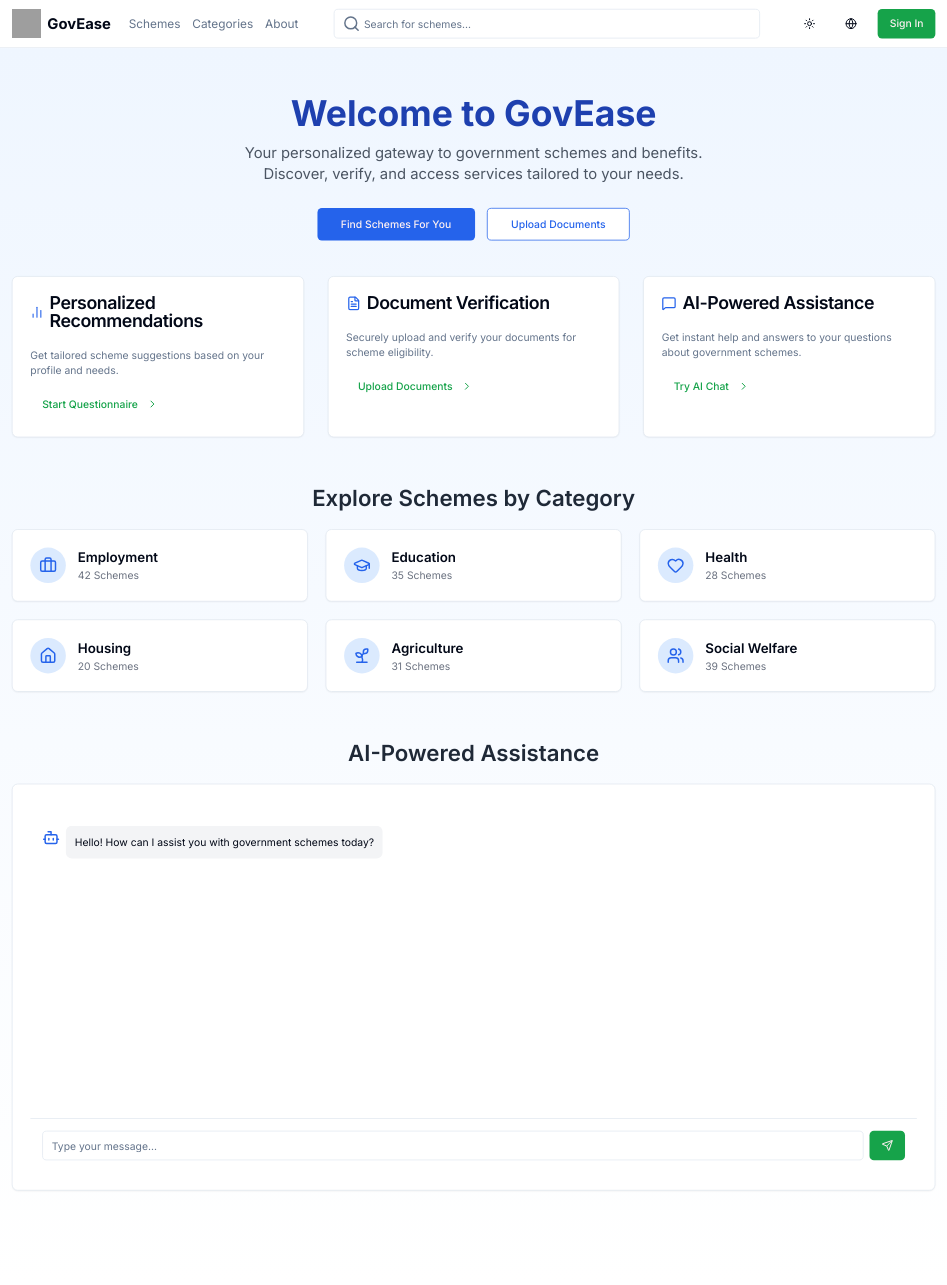
Repository: Aniket7545/GovEase
Page: /
An editor plug-in stored every save of this project. The page is shown before and after the next save, followed by the edit.
The browser window is 1280 px wide. The pictures show the whole page, at 74% of full size.
Pictures or frames that could not be fetched are drawn as grey boxes. The project was rebuilt for these pictures with package versions that can differ from the ones it lists, and the page was loaded fresh each time. The framework's server and built-in components were replaced by stand-ins that run in the browser. Also part of the build but not shown: next.config.ts.

Above is the page before, as saved 2025-01-12 00:23:02.

### app/layout.tsx
import './globals.css'
import { Inter } from 'next/font/google'
import { ThemeProvider } from './component/theme-provider'
import Header from './component/Header'


const inter = Inter({ subsets: ['latin'] })

export const metadata = {
  title: 'GovEase - Your Gateway to Government Schemes',
  description: 'Discover and apply for government schemes with AI-powered assistance',
}

export default function RootLayout({
  children,
}: {
  children: React.ReactNode
}) {
  return (
    <html lang="en" suppressHydrationWarning>
      <body className={inter.className}>
        <ThemeProvider
          attribute="class"
          defaultTheme="system"
          enableSystem
          disableTransitionOnChange
        >
          <Header />
          {children}
        </ThemeProvider>
      </body>
    </html>
  )
}

### app/globals.css
@tailwind base;
@tailwind components;
@tailwind utilities;

@layer base {
  :root {
    --background: 0 0% 100%;
    --foreground: 222.2 84% 4.9%;

    --card: 0 0% 100%;
    --card-foreground: 222.2 84% 4.9%;

    --popover: 0 0% 100%;
    --popover-foreground: 222.2 84% 4.9%;

    --primary: 142.1 76.2% 36.3%;
    --primary-foreground: 355.7 100% 97.3%;

    --secondary: 142.1 76.2% 96.3%;
    --secondary-foreground: 142.1 76.2% 36.3%;

    --muted: 210 40% 96.1%;
    --muted-foreground: 215.4 16.3% 46.9%;

    --accent: 142.1 76.2% 96.3%;
    --accent-foreground: 142.1 76.2% 36.3%;

    --destructive: 0 84.2% 60.2%;
    --destructive-foreground: 210 40% 98%;

    --border: 214.3 31.8% 91.4%;
    --input: 214.3 31.8% 91.4%;
    --ring: 142.1 76.2% 36.3%;

    --radius: 0.5rem;
  }

  .dark {
    --background: 222.2 84% 4.9%;
    --foreground: 210 40% 98%;

    --card: 222.2 84% 4.9%;
    --card-foreground: 210 40% 98%;

    --popover: 222.2 84% 4.9%;
    --popover-foreground: 210 40% 98%;

    --primary: 142.1 76.2% 36.3%;
    --primary-foreground: 355.7 100% 97.3%;

    --secondary: 217.2 32.6% 17.5%;
    --secondary-foreground: 210 40% 98%;

    --muted: 217.2 32.6% 17.5%;
    --muted-foreground: 215 20.2% 65.1%;

    --accent: 217.2 32.6% 17.5%;
    --accent-foreground: 210 40% 98%;

    --destructive: 0 62.8% 30.6%;
    --destructive-foreground: 210 40% 98%;

    --border: 217.2 32.6% 17.5%;
    --input: 217.2 32.6% 17.5%;
    --ring: 142.1 76.2% 36.3%;
  }
}

@layer base {
  * {
    @apply border-border;
  }
  body {
    @apply bg-background text-foreground;
  }
}

### app/component/theme-provider.tsx
'use client'

import * as React from 'react'
import { ThemeProvider as NextThemesProvider } from 'next-themes'
import { type ThemeProviderProps } from 'next-themes'

export function ThemeProvider({ children, ...props }: ThemeProviderProps) {
  return <NextThemesProvider {...props}>{children}</NextThemesProvider>
}

### app/component/Header.tsx
'use client'

import { useState } from 'react'
import Link from 'next/link'
import Image from 'next/image'
import { Button } from '@/components/ui/button'
import { Input } from '@/components/ui/input'
import { Search, Moon, Sun, Globe } from 'lucide-react'
import { useTheme } from 'next-themes'

export default function Header() {
  const [searchQuery, setSearchQuery] = useState('')
  const { theme, setTheme } = useTheme()

  return (
    <header className="border-b bg-background">
      <div className="container mx-auto px-4 py-3">
        <div className="flex items-center justify-between">
          <div className="flex items-center space-x-6">
            <Link href="/" className="flex items-center space-x-2">
              <Image
                src="/placeholder.svg?height=40&width=40"
                alt="GovEase Logo"
                width={40}
                height={40}
                className="h-10 w-10"
              />
              <span className="text-xl font-bold">GovEase</span>
            </Link>
            <div className="hidden md:flex items-center space-x-4">
              <Link href="/schemes" className="text-muted-foreground hover:text-primary">
                Schemes
              </Link>
              <Link href="/categories" className="text-muted-foreground hover:text-primary">
                Categories
              </Link>
              <Link href="/about" className="text-muted-foreground hover:text-primary">
                About
              </Link>
            </div>
          </div>

          <div className="flex-1 max-w-xl mx-4">
            <div className="relative">
              <Search className="absolute left-3 top-1/2 transform -translate-y-1/2 text-muted-foreground" />
              <Input
                type="search"
                placeholder="Search for schemes..."
                className="w-full pl-10 pr-4"
                value={searchQuery}
                onChange={(e) => setSearchQuery(e.target.value)}
              />
            </div>
          </div>

          <div className="flex items-center space-x-4">
            <Button
              variant="ghost"
              size="icon"
              onClick={() => setTheme(theme === 'dark' ? 'light' : 'dark')}
            >
              <Sun className="h-5 w-5 rotate-0 scale-100 transition-all dark:-rotate-90 dark:scale-0" />
              <Moon className="absolute h-5 w-5 rotate-90 scale-0 transition-all dark:rotate-0 dark:scale-100" />
              <span className="sr-only">Toggle theme</span>
            </Button>
            <Button variant="ghost" size="icon">
              <Globe className="h-5 w-5" />
              <span className="sr-only">Change language</span>
            </Button>
            <Button asChild>
              <Link href="/login">Sign In</Link>
            </Button>
          </div>
        </div>
      </div>
    </header>
  )
}

### components/ui/button.tsx
import * as React from "react"
import { Slot } from "@radix-ui/react-slot"
import { cva, type VariantProps } from "class-variance-authority"

import { cn } from "@/lib/utils"

const buttonVariants = cva(
  "inline-flex items-center justify-center gap-2 whitespace-nowrap rounded-md text-sm font-medium ring-offset-background transition-colors focus-visible:outline-none focus-visible:ring-2 focus-visible:ring-ring focus-visible:ring-offset-2 disabled:pointer-events-none disabled:opacity-50 [&_svg]:pointer-events-none [&_svg]:size-4 [&_svg]:shrink-0",
  {
    variants: {
      variant: {
        default: "bg-primary text-primary-foreground hover:bg-primary/90",
        destructive:
          "bg-destructive text-destructive-foreground hover:bg-destructive/90",
        outline:
          "border border-input bg-background hover:bg-accent hover:text-accent-foreground",
        secondary:
          "bg-secondary text-secondary-foreground hover:bg-secondary/80",
        ghost: "hover:bg-accent hover:text-accent-foreground",
        link: "text-primary underline-offset-4 hover:underline",
      },
      size: {
        default: "h-10 px-4 py-2",
        sm: "h-9 rounded-md px-3",
        lg: "h-11 rounded-md px-8",
        icon: "h-10 w-10",
      },
    },
    defaultVariants: {
      variant: "default",
      size: "default",
    },
  }
)

export interface ButtonProps
  extends React.ButtonHTMLAttributes<HTMLButtonElement>,
    VariantProps<typeof buttonVariants> {
  asChild?: boolean
}

const Button = React.forwardRef<HTMLButtonElement, ButtonProps>(
  ({ className, variant, size, asChild = false, ...props }, ref) => {
    const Comp = asChild ? Slot : "button"
    return (
      <Comp
        className={cn(buttonVariants({ variant, size, className }))}
        ref={ref}
        {...props}
      />
    )
  }
)
Button.displayName = "Button"

export { Button, buttonVariants }

### components/ui/card.tsx
import * as React from "react"

import { cn } from "@/lib/utils"

const Card = React.forwardRef<
  HTMLDivElement,
  React.HTMLAttributes<HTMLDivElement>
>(({ className, ...props }, ref) => (
  <div
    ref={ref}
    className={cn(
      "rounded-lg border bg-card text-card-foreground shadow-sm",
      className
    )}
    {...props}
  />
))
Card.displayName = "Card"

const CardHeader = React.forwardRef<
  HTMLDivElement,
  React.HTMLAttributes<HTMLDivElement>
>(({ className, ...props }, ref) => (
  <div
    ref={ref}
    className={cn("flex flex-col space-y-1.5 p-6", className)}
    {...props}
  />
))
CardHeader.displayName = "CardHeader"

const CardTitle = React.forwardRef<
  HTMLDivElement,
  React.HTMLAttributes<HTMLDivElement>
>(({ className, ...props }, ref) => (
  <div
    ref={ref}
    className={cn(
      "text-2xl font-semibold leading-none tracking-tight",
      className
    )}
    {...props}
  />
))
CardTitle.displayName = "CardTitle"

const CardDescription = React.forwardRef<
  HTMLDivElement,
  React.HTMLAttributes<HTMLDivElement>
>(({ className, ...props }, ref) => (
  <div
    ref={ref}
    className={cn("text-sm text-muted-foreground", className)}
    {...props}
  />
))
CardDescription.displayName = "CardDescription"

const CardContent = React.forwardRef<
  HTMLDivElement,
  React.HTMLAttributes<HTMLDivElement>
>(({ className, ...props }, ref) => (
  <div ref={ref} className={cn("p-6 pt-0", className)} {...props} />
))
CardContent.displayName = "CardContent"

const CardFooter = React.forwardRef<
  HTMLDivElement,
  React.HTMLAttributes<HTMLDivElement>
>(({ className, ...props }, ref) => (
  <div
    ref={ref}
    className={cn("flex items-center p-6 pt-0", className)}
    {...props}
  />
))
CardFooter.displayName = "CardFooter"

export { Card, CardHeader, CardFooter, CardTitle, CardDescription, CardContent }

### app/component/SchemeCategories.tsx
import Link from 'next/link'
import { Card, CardContent } from '@/components/ui/card'
import { Briefcase, GraduationCap, Heart, Home, Sprout, Users } from 'lucide-react'

const categories = [
  { icon: Briefcase, name: 'Employment', count: 42 },
  { icon: GraduationCap, name: 'Education', count: 35 },
  { icon: Heart, name: 'Health', count: 28 },
  { icon: Home, name: 'Housing', count: 20 },
  { icon: Sprout, name: 'Agriculture', count: 31 },
  { icon: Users, name: 'Social Welfare', count: 39 },
]

export default function SchemeCategories() {
  return (
    <div className="grid grid-cols-1 md:grid-cols-2 lg:grid-cols-3 gap-6">
      {categories.map((category, index) => {
        const Icon = category.icon
        return (
          <Link key={index} href={`/categories/${category.name.toLowerCase()}`}>
            <Card className="hover:shadow-lg transition-shadow cursor-pointer">
              <CardContent className="p-6">
                <div className="flex items-center space-x-4">
                  <div className="bg-blue-100 dark:bg-blue-900 p-3 rounded-full">
                    <Icon className="h-6 w-6 text-blue-600 dark:text-blue-300" />
                  </div>
                  <div>
                    <h3 className="font-semibold text-lg">{category.name}</h3>
                    <p className="text-sm text-gray-500 dark:text-gray-400">
                      {category.count} Schemes
                    </p>
                  </div>
                </div>
              </CardContent>
            </Card>
          </Link>
        )
      })}
    </div>
  )
}

### app/component/AIChat.tsx
'use client'

import { useState } from 'react'
import { Button } from '@/components/ui/button'
import { Input } from '@/components/ui/input'
import { ScrollArea } from '@/components/ui/scroll-area'
import { Bot, Send, User } from 'lucide-react'

interface Message {
  role: 'user' | 'assistant'
  content: string
}

export default function AIChat() {
  const [messages, setMessages] = useState<Message[]>([
    { role: 'assistant', content: 'Hello! How can I assist you with government schemes today?' }
  ])
  const [input, setInput] = useState('')
  const [isLoading, setIsLoading] = useState(false)

  const handleSubmit = async (e: React.FormEvent) => {
    e.preventDefault()
    if (!input.trim() || isLoading) return

    const userMessage = { role: 'user' as const, content: input }
    setMessages(prev => [...prev, userMessage])
    setInput('')
    setIsLoading(true)

    try {
      const response = await fetch('/api/chat', {
        method: 'POST',
        headers: { 'Content-Type': 'application/json' },
        body: JSON.stringify({ message: input }),
      })

      if (!response.ok) throw new Error('Failed to get response')

      const data = await response.json()
      setMessages(prev => [...prev, { role: 'assistant', content: data.message }])
    } catch (error) {
      console.error('Chat error:', error)
      setMessages(prev => [...prev, { role: 'assistant', content: 'I apologize, but I encountered an error. Please try again.' }])
    } finally {
      setIsLoading(false)
    }
  }

  return (
    <div className="flex flex-col h-[500px]">
      <ScrollArea className="flex-1 p-4 space-y-4">
        {messages.map((message, index) => (
          <div
            key={index}
            className={`flex items-start space-x-2 ${
              message.role === 'assistant' ? 'justify-start' : 'justify-end'
            }`}
          >
            {message.role === 'assistant' && (
              <Bot className="w-6 h-6 mt-1 text-blue-600" />
            )}
            <div className={`p-3 rounded-lg ${
              message.role === 'user' ? 'bg-blue-600 text-white' : 'bg-gray-100 dark:bg-gray-800'
            }`}>
              <p className="text-sm">{message.content}</p>
            </div>
            {message.role === 'user' && (
              <User className="w-6 h-6 mt-1" />
            )}
          </div>
        ))}
      </ScrollArea>
      <form onSubmit={handleSubmit} className="p-4 border-t">
        <div className="flex space-x-2">
          <Input
            value={input}
            onChange={(e) => setInput(e.target.value)}
            placeholder="Type your message..."
            disabled={isLoading}
          />
          <Button type="submit" disabled={isLoading}>
            <Send className="h-4 w-4" />
          </Button>
        </div>
      </form>
    </div>
  )
}

### app/component/AIChatTrigger.tsx
'use client'

import { Button } from '@/components/ui/button'
import { ChevronRight } from 'lucide-react'

export function AIChatTrigger() {
  const handleClick = () => {
    document.getElementById('ai-chat')?.scrollIntoView({ behavior: 'smooth' })
  }

  return (
    <Button variant="link" onClick={handleClick} className="mt-4">
      Try AI Chat <ChevronRight className="ml-1 h-4 w-4" />
    </Button>
  )
}

### components/ui/input.tsx
import * as React from "react"

import { cn } from "@/lib/utils"

const Input = React.forwardRef<HTMLInputElement, React.ComponentProps<"input">>(
  ({ className, type, ...props }, ref) => {
    return (
      <input
        type={type}
        className={cn(
          "flex h-10 w-full rounded-md border border-input bg-background px-3 py-2 text-base ring-offset-background file:border-0 file:bg-transparent file:text-sm file:font-medium file:text-foreground placeholder:text-muted-foreground focus-visible:outline-none focus-visible:ring-2 focus-visible:ring-ring focus-visible:ring-offset-2 disabled:cursor-not-allowed disabled:opacity-50 md:text-sm",
          className
        )}
        ref={ref}
        {...props}
      />
    )
  }
)
Input.displayName = "Input"

export { Input }

### components/ui/scroll-area.tsx
"use client"

import * as React from "react"
import * as ScrollAreaPrimitive from "@radix-ui/react-scroll-area"

import { cn } from "@/lib/utils"

const ScrollArea = React.forwardRef<
  React.ElementRef<typeof ScrollAreaPrimitive.Root>,
  React.ComponentPropsWithoutRef<typeof ScrollAreaPrimitive.Root>
>(({ className, children, ...props }, ref) => (
  <ScrollAreaPrimitive.Root
    ref={ref}
    className={cn("relative overflow-hidden", className)}
    {...props}
  >
    <ScrollAreaPrimitive.Viewport className="h-full w-full rounded-[inherit]">
      {children}
    </ScrollAreaPrimitive.Viewport>
    <ScrollBar />
    <ScrollAreaPrimitive.Corner />
  </ScrollAreaPrimitive.Root>
))
ScrollArea.displayName = ScrollAreaPrimitive.Root.displayName

const ScrollBar = React.forwardRef<
  React.ElementRef<typeof ScrollAreaPrimitive.ScrollAreaScrollbar>,
  React.ComponentPropsWithoutRef<typeof ScrollAreaPrimitive.ScrollAreaScrollbar>
>(({ className, orientation = "vertical", ...props }, ref) => (
  <ScrollAreaPrimitive.ScrollAreaScrollbar
    ref={ref}
    orientation={orientation}
    className={cn(
      "flex touch-none select-none transition-colors",
      orientation === "vertical" &&
        "h-full w-2.5 border-l border-l-transparent p-[1px]",
      orientation === "horizontal" &&
        "h-2.5 flex-col border-t border-t-transparent p-[1px]",
      className
    )}
    {...props}
  >
    <ScrollAreaPrimitive.ScrollAreaThumb className="relative flex-1 rounded-full bg-border" />
  </ScrollAreaPrimitive.ScrollAreaScrollbar>
))
ScrollBar.displayName = ScrollAreaPrimitive.ScrollAreaScrollbar.displayName

export { ScrollArea, ScrollBar }

Loaded but not shown: lib/utils.ts (common file); tailwind.config.ts (common file); app/page.tsx (100 lines, source omitted)

After the next save:
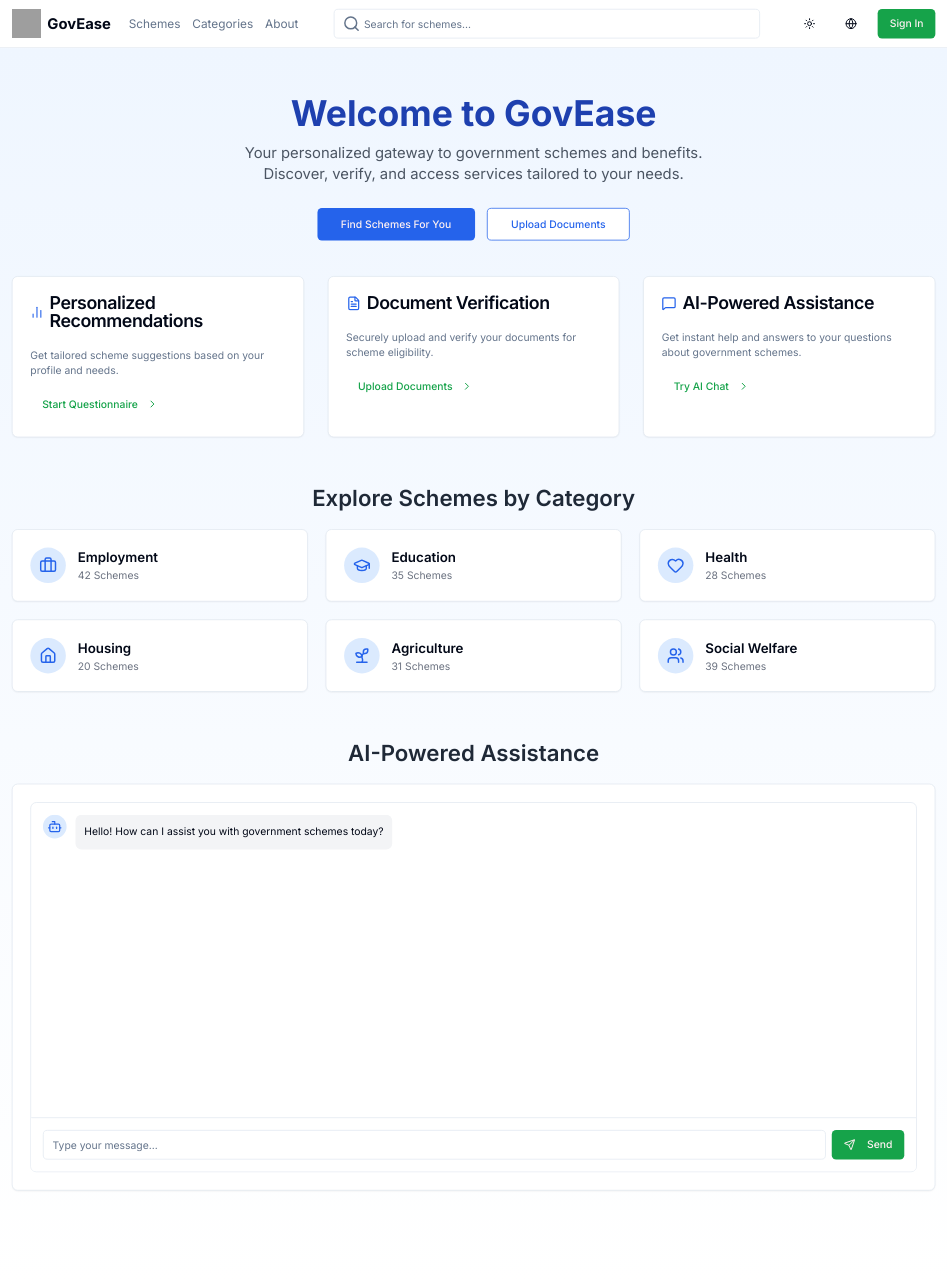
Saved 9 min 3 s later.
--- a/app/component/AIChat.tsx
+++ b/app/component/AIChat.tsx
@@ -1,6 +1,6 @@
 'use client'
 
-import { useState } from 'react'
+import { useState, useRef, useEffect } from 'react'
 import { Button } from '@/components/ui/button'
 import { Input } from '@/components/ui/input'
 import { ScrollArea } from '@/components/ui/scroll-area'
@@ -17,6 +17,13 @@ export default function AIChat() {
   ])
   const [input, setInput] = useState('')
   const [isLoading, setIsLoading] = useState(false)
+  const scrollAreaRef = useRef<HTMLDivElement>(null)
+
+  useEffect(() => {
+    if (scrollAreaRef.current) {
+      scrollAreaRef.current.scrollTop = scrollAreaRef.current.scrollHeight
+    }
+  }, [messages])
 
   const handleSubmit = async (e: React.FormEvent) => {
     e.preventDefault()
@@ -47,39 +54,45 @@ export default function AIChat() {
   }
 
   return (
-    <div className="flex flex-col h-[500px]">
-      <ScrollArea className="flex-1 p-4 space-y-4">
+    <div className="flex flex-col h-[500px] border rounded-lg overflow-hidden">
+      <ScrollArea ref={scrollAreaRef} className="flex-1 p-4 space-y-6">
         {messages.map((message, index) => (
           <div
             key={index}
-            className={`flex items-start space-x-2 ${
+            className={`flex items-start space-x-3 ${
               message.role === 'assistant' ? 'justify-start' : 'justify-end'
             }`}
           >
             {message.role === 'assistant' && (
-              <Bot className="w-6 h-6 mt-1 text-blue-600" />
+              <div className="w-8 h-8 rounded-full bg-blue-100 flex items-center justify-center">
+                <Bot className="w-5 h-5 text-blue-600" />
+              </div>
             )}
-            <div className={`p-3 rounded-lg ${
+            <div className={`max-w-[80%] p-3 rounded-lg ${
               message.role === 'user' ? 'bg-blue-600 text-white' : 'bg-gray-100 dark:bg-gray-800'
             }`}>
-              <p className="text-sm">{message.content}</p>
+              <p className="text-sm leading-relaxed">{message.content}</p>
             </div>
             {message.role === 'user' && (
-              <User className="w-6 h-6 mt-1" />
+              <div className="w-8 h-8 rounded-full bg-gray-200 flex items-center justify-center">
+                <User className="w-5 h-5 text-gray-600" />
+              </div>
             )}
           </div>
         ))}
       </ScrollArea>
-      <form onSubmit={handleSubmit} className="p-4 border-t">
+      <form onSubmit={handleSubmit} className="p-4 border-t bg-white dark:bg-gray-800">
         <div className="flex space-x-2">
           <Input
             value={input}
             onChange={(e) => setInput(e.target.value)}
             placeholder="Type your message..."
             disabled={isLoading}
+            className="flex-1"
           />
           <Button type="submit" disabled={isLoading}>
-            <Send className="h-4 w-4" />
+            <Send className="h-4 w-4 mr-2" />
+            Send
           </Button>
         </div>
       </form>
